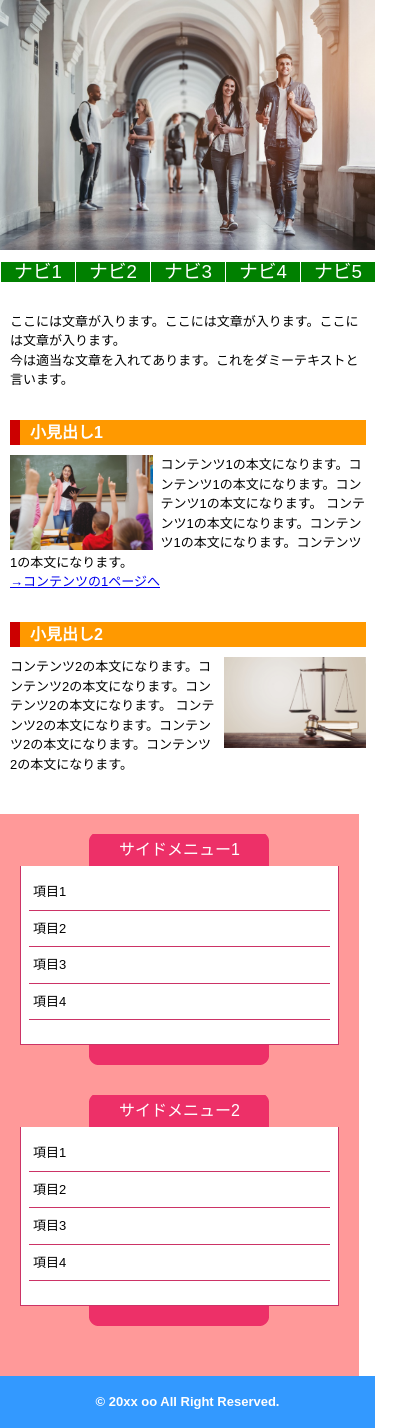
Repository: tameikimaziri/samurai_HTML-CSS
Page: index.html
The author's editor kept a record of every edit. The page is drawn from the files as they stood at one moment, then again after the next edit.
The browser window is 375 px wide. The page is 396 px wide, so the pictures cover 396 px, including what lies to the right of the window. The pictures show the whole page.

Above is the page before.

After the next edit:
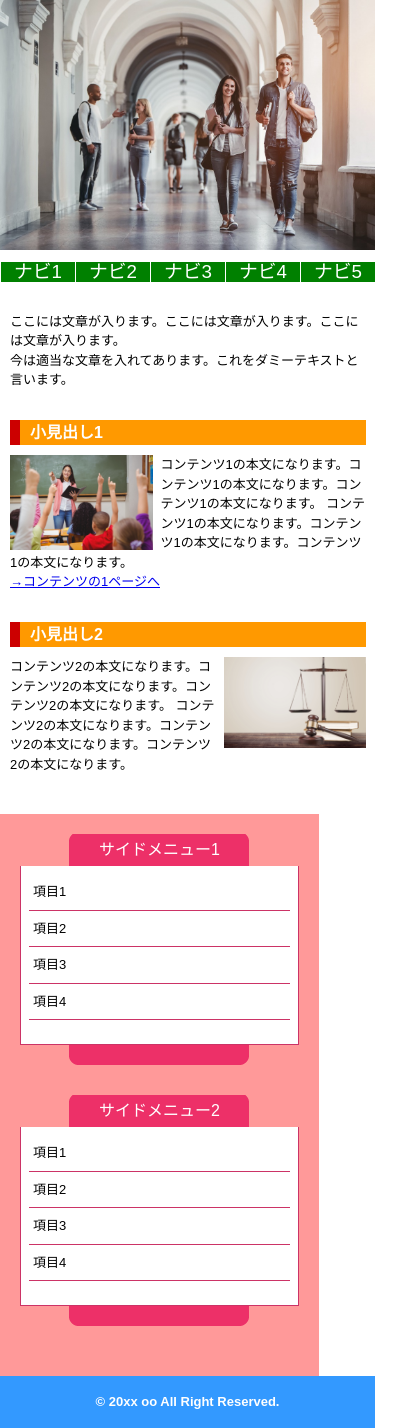
The edit:
--- a/stylesheet.css
+++ b/stylesheet.css
@@ -147,6 +147,11 @@
     width:100%;
     padding: 0;
  }
+ #side {
+ 	box-sizing: border-box;
+    width: 85%;
+    padding: 20px;
+}
  }
 
 
